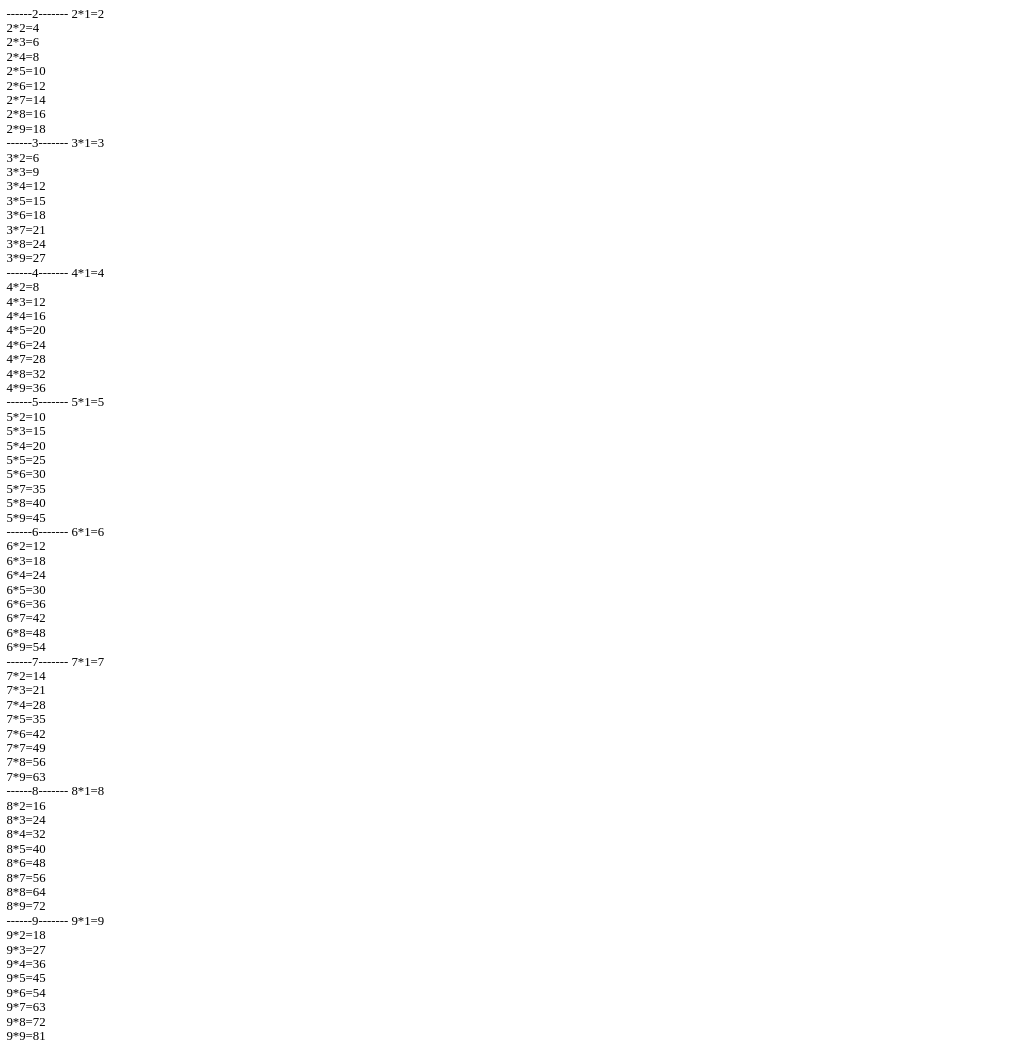
Repository: djdh94/jsp_practice
Page: http://localhost/JSPBasic/Test/test.jsp
These files come from the project's save history. The page is drawn as it stood at one moment and after the next save; the edit follows.
The browser window is 1280 px wide. The pictures show the whole page, at 80% of full size.
The page is served by Tomcat 9.

Above is the page before, as saved 2022-02-01 02:58:25.

After the next save:
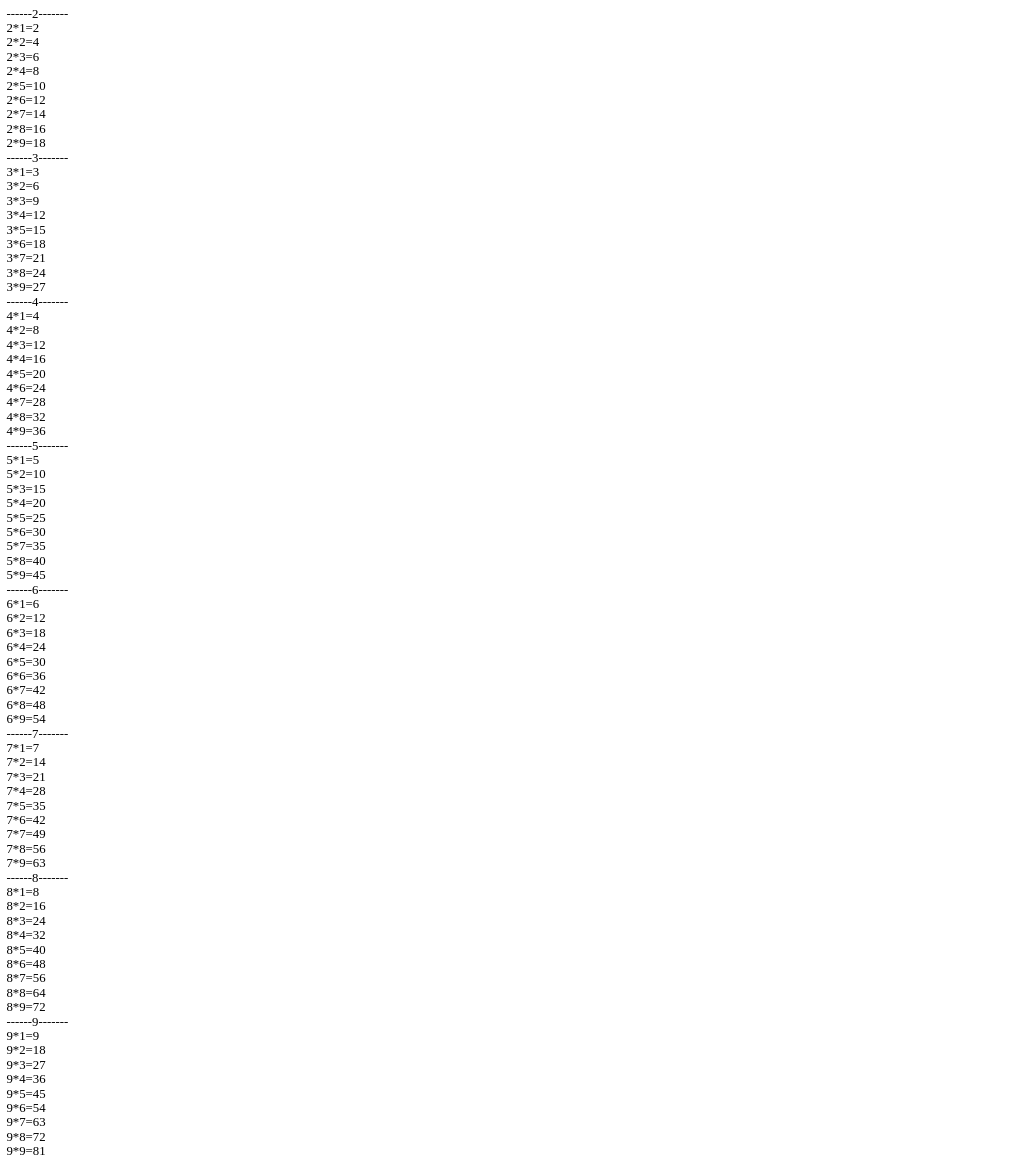
Saved 15 s later.
--- a/JSPBasic/src/main/webapp/Test/test.jsp
+++ b/JSPBasic/src/main/webapp/Test/test.jsp
@@ -10,7 +10,7 @@
 
 	<%
 	for(int dan=2; dan<10; dan++){
-		out.println("------"+dan+"-------");
+		out.println("------"+dan+"-------"+"<br/>");
 		for(int i=1; i<10; i++){
 			out.println(dan+"*"+i+"="+dan*i+"<br/>");
 		}
